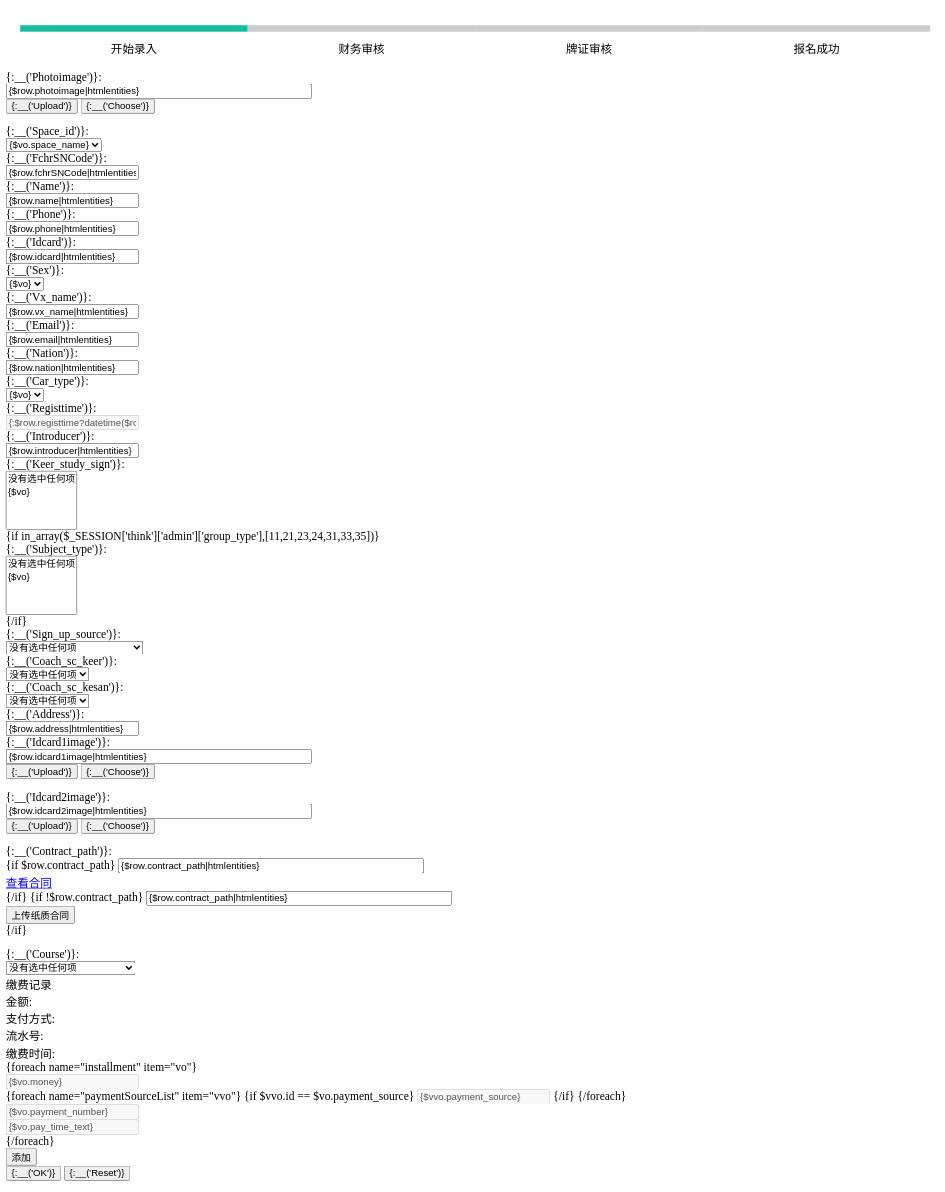
Repository: Akarin-Akari/xiaomaguantest
Page: application/admin/view/studentconfig/student/edit.html
An editor plug-in stored every save of this project. The page is shown before and after the next save, followed by the edit.
The browser window is 1280 px wide. The page is 1312 px wide, so the pictures cover 1312 px, including what lies to the right of the window. The pictures show the whole page, at 72% of full size.

Above is the page before, as saved 2024-01-24 14:03:43.
Console error: ReferenceError: $length is not defined

After the next save:
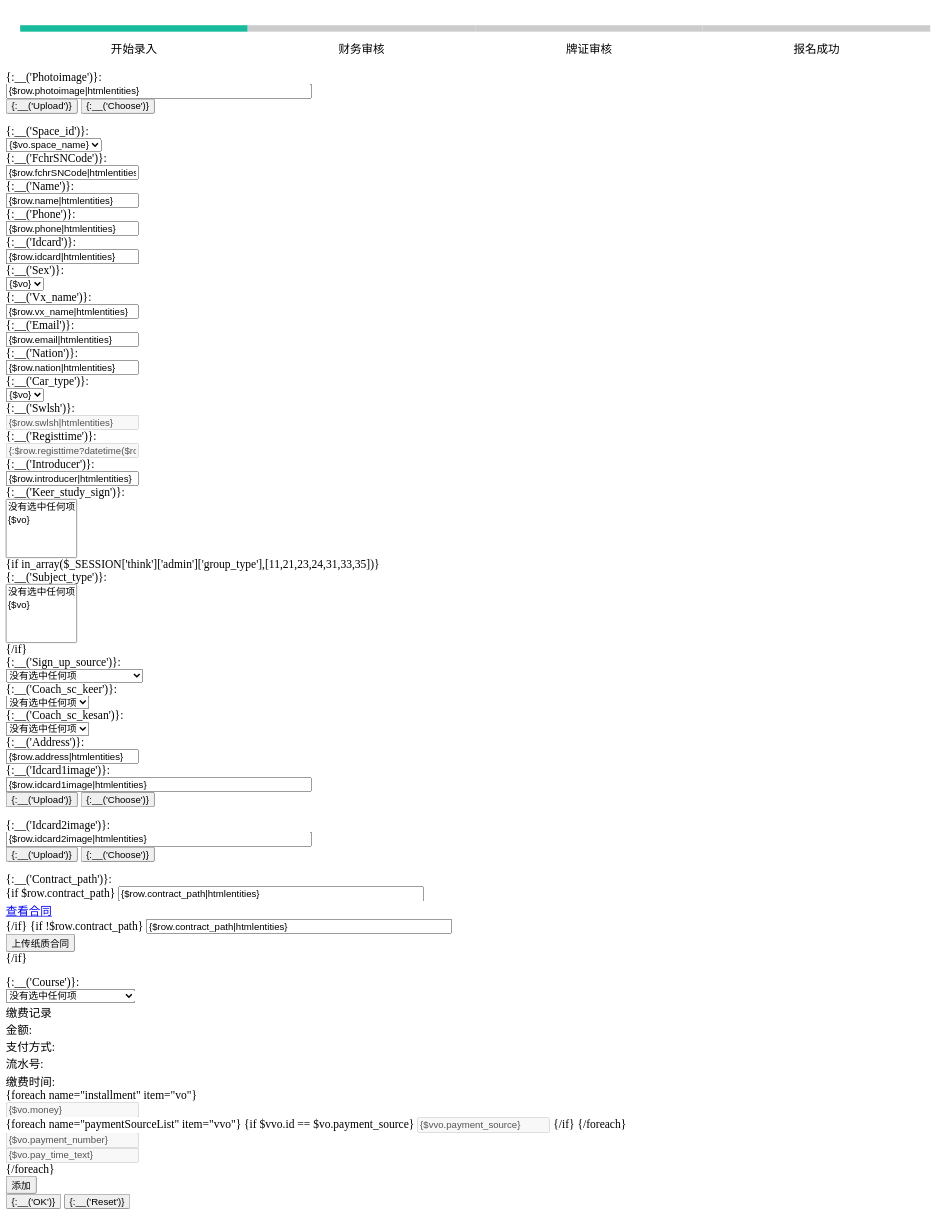
Saved 5 min 26 s later.
--- a/application/admin/view/studentconfig/student/edit.html
+++ b/application/admin/view/studentconfig/student/edit.html
@@ -189,7 +189,12 @@
         </div>
     </div>
 
-
+    <div class="form-group">
+        <label class="control-label col-xs-12 col-sm-2">{:__('Swlsh')}:</label>
+        <div class="col-xs-12 col-sm-8">
+            <input id="c-swlsh" class="form-control" name="row[swlsh]" type="text" value="{$row.swlsh|htmlentities}" disabled>
+        </div>
+    </div>
     <div class="form-group">
         <label class="control-label col-xs-12 col-sm-2">{:__('Registtime')}:</label>
         <div class="col-xs-12 col-sm-8">
